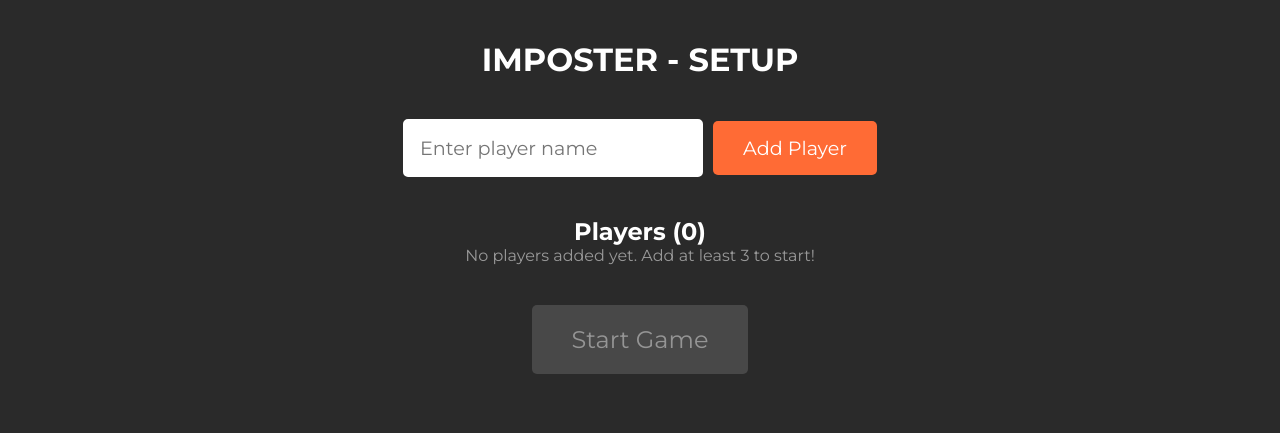
Repository: nfemmanuel/game-night-app
Page: /imposter-setup
An editor plug-in stored every save of this project. The page is shown before and after the next save, followed by the edit.
The browser window is 1280 px wide. The pictures show the whole page.
The project was rebuilt for these pictures with package versions that can differ from the ones it lists, and the page was loaded fresh each time. Also part of the build but not shown: src/components/GameCard.module.css, src/components/GameCard.jsx, src/pages/LandingPage.jsx, src/data/wordList.js, src/pages/ImposterReveal.jsx.

Above is the page before, as saved 2025-12-31 17:04:30.

After the next save:
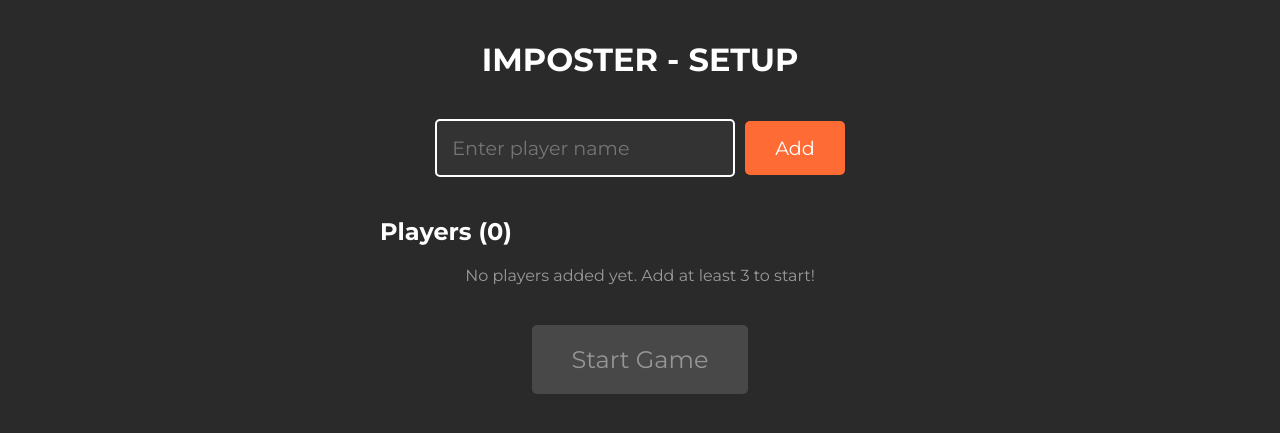
Saved 27 s later.
--- a/src/pages/ImposterSetup.jsx
+++ b/src/pages/ImposterSetup.jsx
@@ -1,16 +1,41 @@
 import { useState } from 'react';
-import { useNavigate } from 'react-router-dom';
+import { useNavigate, useLocation } from 'react-router-dom';
 
 function ImposterSetup() {
+    const navigate = useNavigate();
+    const location = useLocation();
+
+    // Keep player list if coming back from game
     const [playerName, setPlayerName] = useState('');
-    const [players, setPlayers] = useState([]);
-    const navigate = useNavigate();
+    const [players, setPlayers] = useState(location.state?.players || []);
 
     const addPlayer = () => {
         if (playerName.trim() && !players.includes(playerName.trim())) {
             setPlayers([...players, playerName.trim()]);
             setPlayerName('');
         }
+    };
+
+    const removePlayer = (indexToRemove) => {
+        setPlayers(players.filter((_, index) => index !== indexToRemove));
+    };
+
+    const movePlayerUp = (index) => {
+        if (index === 0) return;
+        const newPlayers = [...players];
+        [newPlayers[index - 1], newPlayers[index]] = [newPlayers[index], newPlayers[index - 1]];
+        setPlayers(newPlayers);
+    };
+
+    const movePlayerDown = (index) => {
+        if (index === players.length - 1) return;
+        const newPlayers = [...players];
+        [newPlayers[index], newPlayers[index + 1]] = [newPlayers[index + 1], newPlayers[index]];
+        setPlayers(newPlayers);
+    };
+
+    const resetPlayers = () => {
+        setPlayers([]);
     };
 
     const handleKeyPress = (e) => {
@@ -20,7 +45,6 @@ function ImposterSetup() {
     };
 
     const startGame = () => {
-        // Navigate to reveal screen with game data
         navigate('/imposter-reveal', {
             state: { players }
         });
@@ -44,7 +68,9 @@ function ImposterSetup() {
                         border: '2px solid white',
                         width: '300px',
                         marginRight: '10px',
-                        fontFamily: 'inherit'
+                        fontFamily: 'inherit',
+                        backgroundColor: '#333',
+                        color: 'white'
                     }}
                 />
                 <button
@@ -56,19 +82,90 @@ function ImposterSetup() {
                         color: 'white'
                     }}
                 >
-                    Add Player
+                    Add
                 </button>
             </div>
 
             <div style={{ marginTop: '40px' }}>
-                <h2>Players ({players.length})</h2>
+                <div style={{ display: 'flex', justifyContent: 'space-between', alignItems: 'center', marginBottom: '20px' }}>
+                    <h2>Players ({players.length})</h2>
+                    {players.length > 0 && (
+                        <button
+                            onClick={resetPlayers}
+                            style={{
+                                padding: '10px 20px',
+                                fontSize: '1rem',
+                                backgroundColor: '#E74C3C',
+                                color: 'white',
+                                cursor: 'pointer'
+                            }}
+                        >
+                            Reset All
+                        </button>
+                    )}
+                </div>
+
                 {players.length === 0 ? (
                     <p style={{ color: '#999' }}>No players added yet. Add at least 3 to start!</p>
                 ) : (
                     <ul style={{ listStyle: 'none', padding: 0 }}>
                         {players.map((player, index) => (
-                            <li key={index} style={{ fontSize: '1.5rem', margin: '10px 0' }}>
-                                {index + 1}. {player}
+                            <li key={index} style={{
+                                fontSize: '1.3rem',
+                                margin: '15px 0',
+                                display: 'flex',
+                                alignItems: 'center',
+                                justifyContent: 'space-between',
+                                backgroundColor: '#333',
+                                padding: '10px 20px',
+                                borderRadius: '10px'
+                            }}>
+                                <span>{index + 1}. {player}</span>
+                                <div>
+                                    <button
+                                        onClick={() => movePlayerUp(index)}
+                                        disabled={index === 0}
+                                        style={{
+                                            padding: '5px 15px',
+                                            marginRight: '5px',
+                                            backgroundColor: index === 0 ? '#555' : '#4A90E2',
+                                            color: 'white',
+                                            cursor: index === 0 ? 'not-allowed' : 'pointer',
+                                            border: 'none',
+                                            borderRadius: '5px'
+                                        }}
+                                    >
+                                        ▲
+                                    </button>
+                                    <button
+                                        onClick={() => movePlayerDown(index)}
+                                        disabled={index === players.length - 1}
+                                        style={{
+                                            padding: '5px 15px',
+                                            marginRight: '5px',
+                                            backgroundColor: index === players.length - 1 ? '#555' : '#4A90E2',
+                                            color: 'white',
+                                            cursor: index === players.length - 1 ? 'not-allowed' : 'pointer',
+                                            border: 'none',
+                                            borderRadius: '5px'
+                                        }}
+                                    >
+                                        ▼
+                                    </button>
+                                    <button
+                                        onClick={() => removePlayer(index)}
+                                        style={{
+                                            padding: '5px 15px',
+                                            backgroundColor: '#E74C3C',
+                                            color: 'white',
+                                            cursor: 'pointer',
+                                            border: 'none',
+                                            borderRadius: '5px'
+                                        }}
+                                    >
+                                        ✕
+                                    </button>
+                                </div>
                             </li>
                         ))}
                     </ul>
@@ -82,7 +179,7 @@ function ImposterSetup() {
                     marginTop: '40px',
                     padding: '20px 40px',
                     fontSize: '1.5rem',
-                    backgroundColor: players.length >= 3 ? '#4A90E2' : '#666',
+                    backgroundColor: players.length >= 3 ? '#4CAF50' : '#666',
                     color: 'white',
                     cursor: players.length >= 3 ? 'pointer' : 'not-allowed',
                     opacity: players.length >= 3 ? 1 : 0.5
